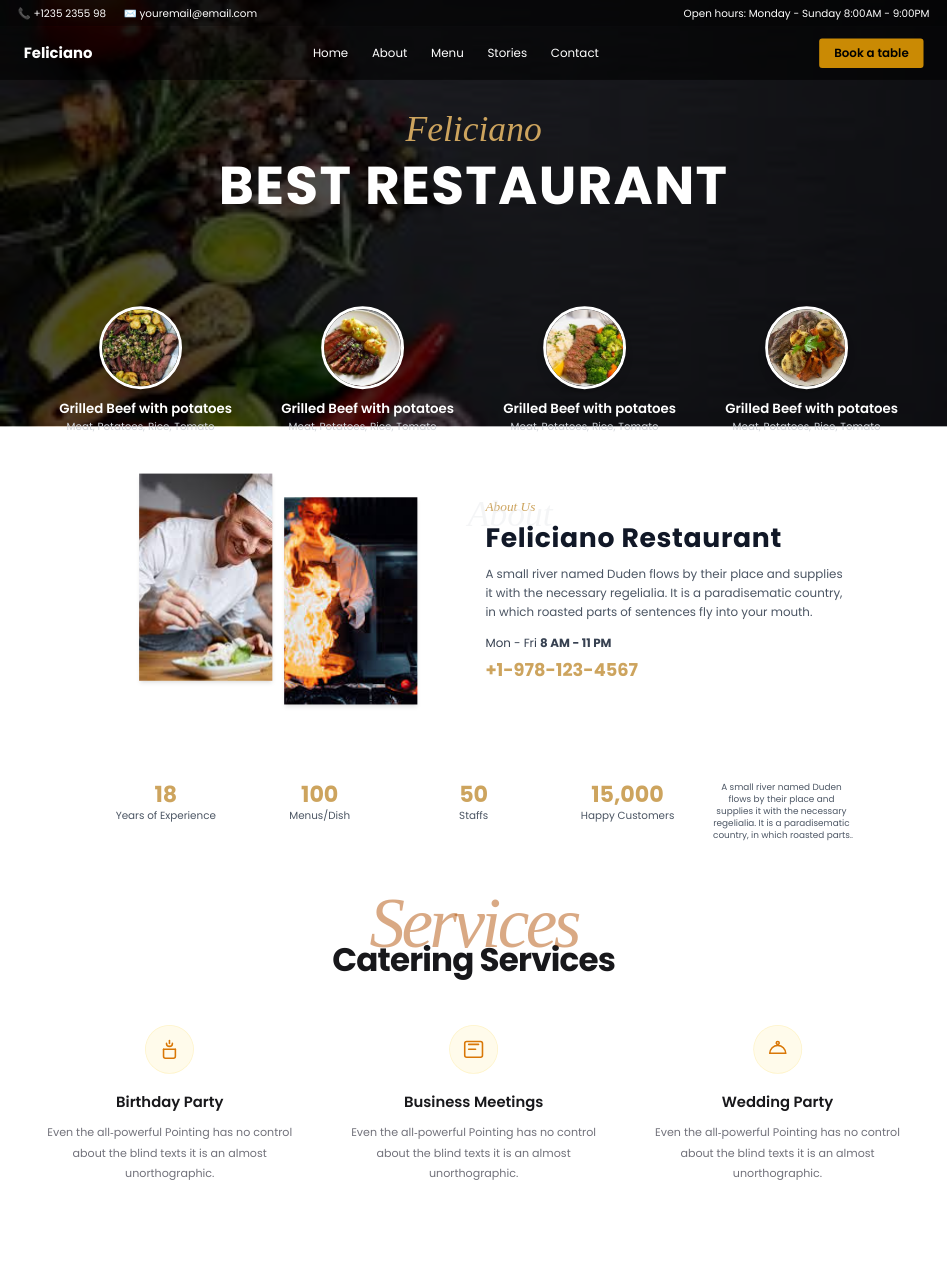
Repository: Purniagithub/Benttacproject
Page: /
An editor plug-in stored every save of this project. The page is shown before and after the next save, followed by the edit.
The browser window is 1280 px wide. The pictures show the whole page, at 74% of full size.
Some web fonts or font styles are not loaded; a fallback is used. The project was rebuilt for these pictures with package versions that can differ from the ones it lists, and the page was loaded fresh each time. Also part of the build but not shown: vite.config.js.

Above is the page before, as saved 2025-08-21 17:49:26.

After the next save:
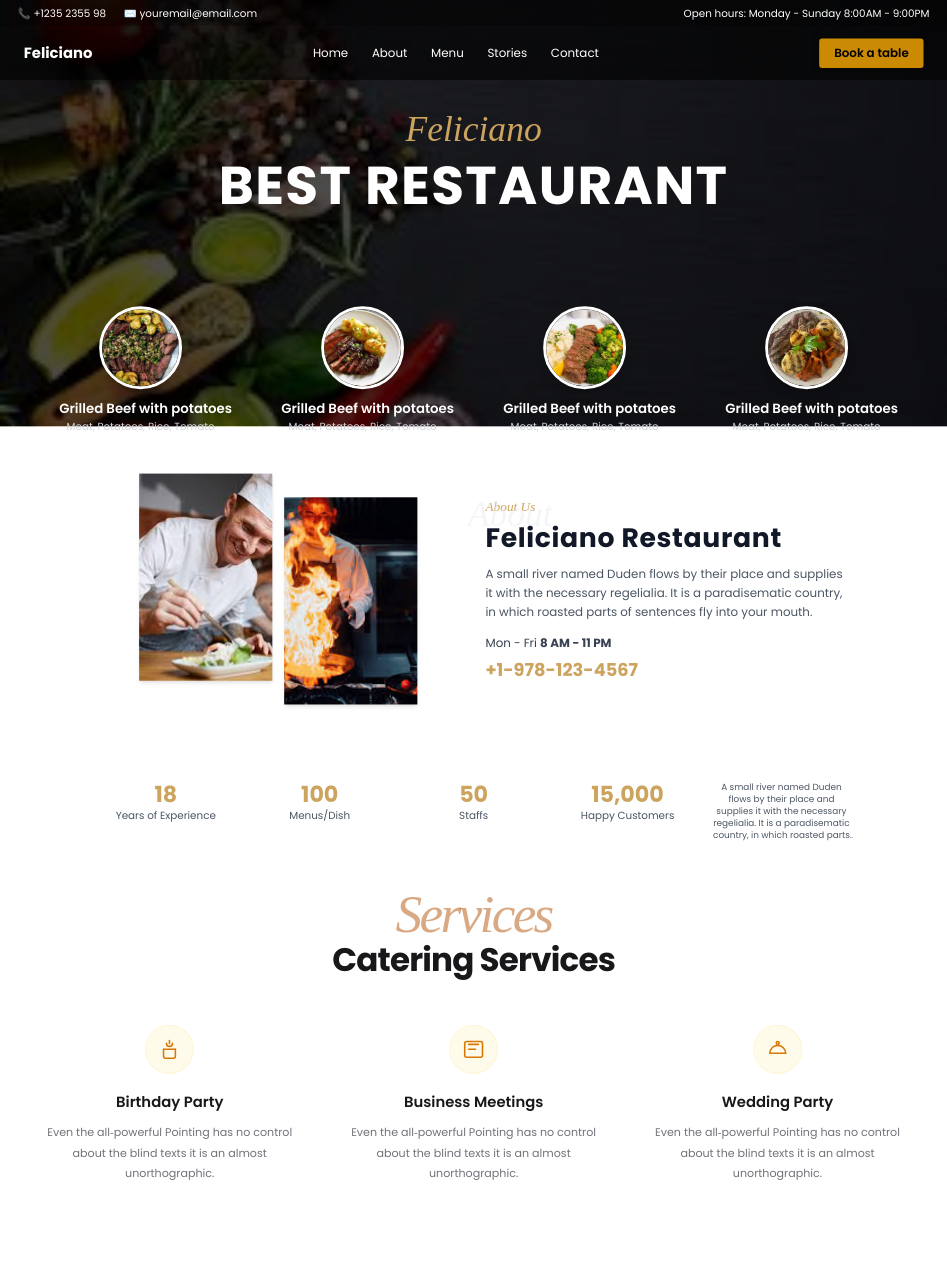
Saved 34 s later.
--- a/src/components/CateringServices.jsx
+++ b/src/components/CateringServices.jsx
@@ -66,7 +66,7 @@ export default function CateringServices({
     <section id={id} className="relative isolate bg-white py-24 sm:py-28">
       {/* Accent word behind heading */}
       <div aria-hidden className="pointer-events-none absolute inset-x-0 -top-1 sm:top-0 text-center">
-        <span className="select-none font-serif italic tracking-tighter text-amber-700/50 text-7xl sm:text-8xl md:text-[96px] leading-none">
+        <span className="select-none font-serif italic tracking-tighter text-amber-700/50 text-7xl sm:text-8xl md:text-[72px] leading-none">
           {accent}
         </span>
       </div>
